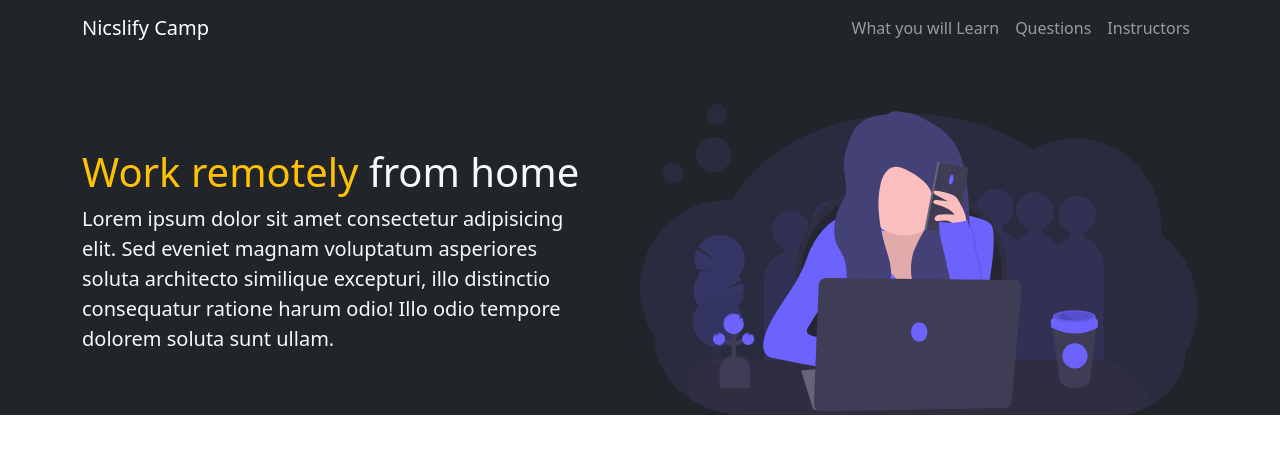
Repository: Eugene44-hub/enrollment-site
Page: index.html
An editor plug-in stored every save of this project. The page is shown before and after the next save, followed by the edit.
The browser window is 1280 px wide. The pictures show the whole page.

Above is the page before, as saved 2021-10-19 18:07:06.

### index.html
<!DOCTYPE html>
<html lang="en">

<head>
    <meta charset="UTF-8">
    <meta http-equiv="X-UA-Compatible" content="IE=edge">
    <meta name="viewport" content="width=device-width, initial-scale=1.0">
    <!-- CSS only -->
    <link href="https://cdn.jsdelivr.net/npm/bootstrap@5.1.3/dist/css/bootstrap.min.css" rel="stylesheet" integrity="sha384-1BmE4kWBq78iYhFldvKuhfTAU6auU8tT94WrHftjDbrCEXSU1oBoqyl2QvZ6jIW3" crossorigin="anonymous">
    <link rel="stylesheet" href="style.css">
    <title>Bootstrap webpage</title>
</head>

<body>
    <!-- nav bar starts -->
    <nav class="navbar navbar-expand-md bg-dark navbar-dark">
        <div class="container">
            <a href="" class="navbar-brand">Nicslify Camp</a>

            <button class="navbar-toggler" type="button" data-bs-toggle='collapse' data-bs-target="#navmenu">
              <span class="navbar-toggler-icon"></span>
            </button>

            <div class="collapse navbar-collapse" id="navmenu">
                <ul class="navbar-nav ms-auto text-sm-center">
                    <li class="nav-item">
                        <a href="#" class="nav-link">What you will Learn</a>
                    </li>
                    <li class="nav-item">
                        <a href="#" class="nav-link">Questions</a>
                    </li>
                    <li class="nav-item">
                        <a href="#" class="nav-link">Instructors</a>
                    </li>
                </ul>
            </div>
        </div>
    </nav>
    <!-- nav bar ends -->


    <!-- showCase starts -->
    <section class="bg-dark text-light text-center text-sm-start">
        <div class="container">
            <div class="d-md-flex pt-5 align-items-center justify-content-between">
                <div style="width: 45%;">
                    <div class="h1"><span class="text-warning">Work remotely</span> from home</div>
                    <p class="lead">Lorem ipsum dolor sit amet consectetur adipisicing elit. Sed eveniet magnam voluptatum asperiores soluta architecto similique excepturi, illo distinctio consequatur ratione harum odio! Illo odio tempore dolorem soluta sunt ullam.</p>
                </div>
                <img src="undraw_working_remotely_jh40.svg" class="image-fluid w-50 d-none d-sm-block" alt="">
            </div>
        </div>
    </section>
    <!-- showCase ends -->


</body>
<!-- JavaScript Bundle with Popper -->
<script src="https://cdn.jsdelivr.net/npm/bootstrap@5.1.3/dist/js/bootstrap.bundle.min.js" integrity="sha384-ka7Sk0Gln4gmtz2MlQnikT1wXgYsOg+OMhuP+IlRH9sENBO0LRn5q+8nbTov4+1p" crossorigin="anonymous"></script>

</html>

Loaded but not shown: style.css (common file)

After the next save:
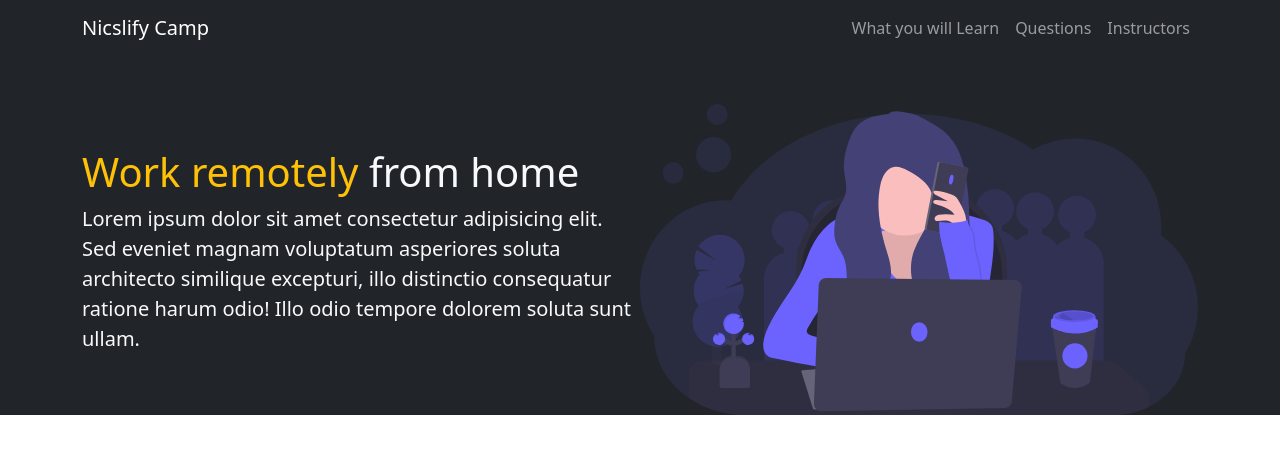
Saved 40 s later.
--- a/index.html
+++ b/index.html
@@ -43,7 +43,7 @@
     <section class="bg-dark text-light text-center text-sm-start">
         <div class="container">
             <div class="d-md-flex pt-5 align-items-center justify-content-between">
-                <div style="width: 45%;">
+                <div>
                     <div class="h1"><span class="text-warning">Work remotely</span> from home</div>
                     <p class="lead">Lorem ipsum dolor sit amet consectetur adipisicing elit. Sed eveniet magnam voluptatum asperiores soluta architecto similique excepturi, illo distinctio consequatur ratione harum odio! Illo odio tempore dolorem soluta sunt ullam.</p>
                 </div>
